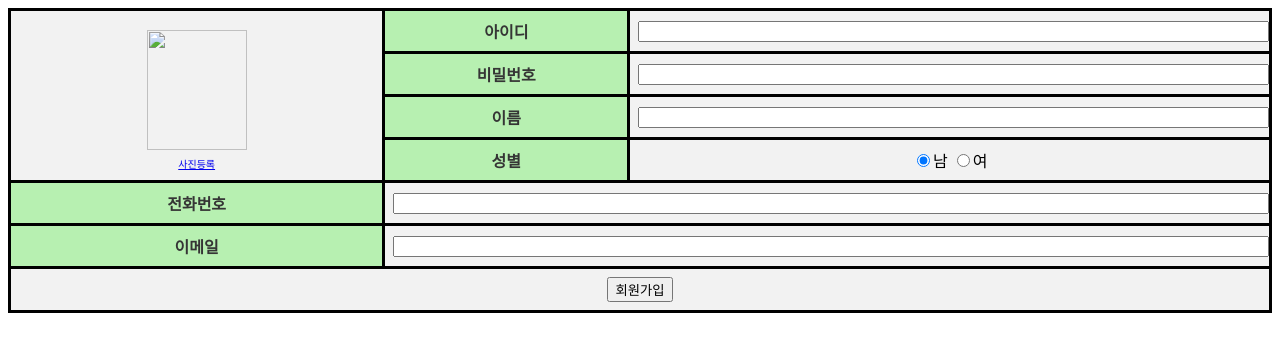
Repository: LucestDail/jdbcWorkspace
Page: http://localhost/jdbcProject/model1/member/joinForm.jsp
These files come from the project's save history. The page is drawn as it stood at one moment and after the next save; the edit follows.
The browser window is 1280 px wide. The pictures show the whole page.
The page is served by Tomcat 9. Other server files are loaded and not shown.

Above is the page before, as saved 2020-11-18 04:33:40.
Console error: SyntaxError: Unexpected string

### jdbcProject/WebContent/model1/member/joinForm.jsp
<%@ page language="java" contentType="text/html; charset=EUC-KR"
    pageEncoding="EUC-KR"%>
<!DOCTYPE html>
<html>
<head>
<meta charset="EUC-KR">
<title>Insert title here</title>
<link rel = "stylesheet" href = "../../css/main.css">
<script type="text/javascript">
	function win_upload(){
		var op "width = 500, height = 150, left = 50, top = 150";
		open("pictureForm.jsp","",op);
	}

</script>
</head>
<body>
<form action="join.jsp" name = "f" method="post">
	<input type = "hidden" name="picture" value ="">
	<table>
		<tr>
			<td rowspan = "4" valign = "bottom">
				<img src = "" width="100" height="120" id="picture"><br>
				<font size="1"><a href = "javascript:win_upload()">사진등록</a></font>
			</td><th>아이디</th><td><input type = "text" name = "id"></td></tr>
			<tr><th>비밀번호</th><td><input type = "password" name = "pass"></td></tr>
			<tr><th>이름</th><td><input type = "text" name = "name"></td></tr>
			<tr><th>성별</th>
				<td><input type = "radio" name = "gender" value = "1" checked>남
					<input type = "radio" name = "gender" value = "2">여</td></tr>
			<tr><th>전화번호</th><td colspan="2"><input type = "text" name = "tel"></td></tr>
			<tr><th>이메일</th><td colspan="2"><input type = "text" name = "email"></td></tr>
			<tr><td colspan = "3"><input type = "submit" value = "회원가입"></td></tr>
	</table>
</form>
</body>
</html>

### jdbcProject/WebContent/css/main.css
@charset "EUC-KR";
table{
	width:100%;
	border-collapse: collapse;
}

th,td{
	border: 3px solid black;
	text-align:center;
	padding: 8px;
}
th{
	background-color: #b7f0b1;
	color: #353535;'
}
td{
	background-color:#f2f2f2;
}
caption{
	color:#111111;
	font-size: 20px;
	background-color: #ffffff;
}
input[type=text], input[type=password]{
	width: 100%;
}
textarea {
	width: 100%;
	height: 200px;
	padding: 10px;
	box-sizing: border-box;
	border: solid 2px #1E90FF;
	border-radius: 5px;
	font-size: 16px;
	resize: both;
}

After the next save:
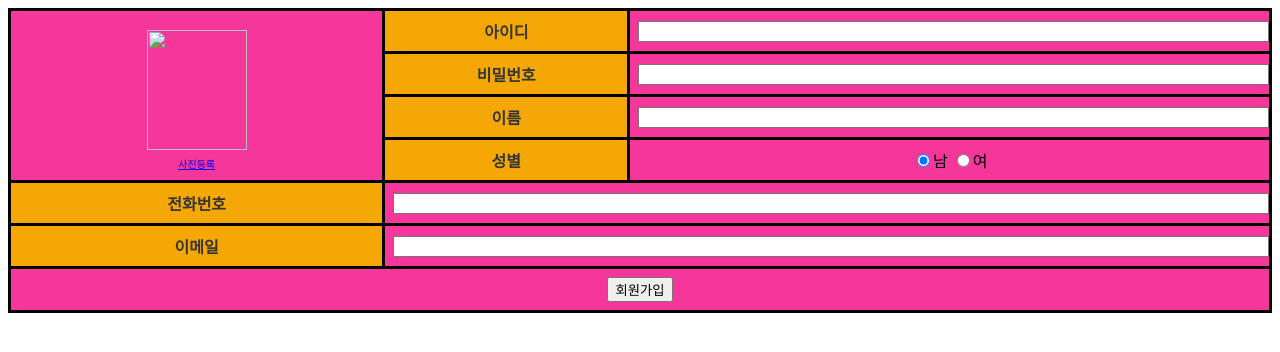
Saved 2 min 13 s later.
--- a/jdbcProject/WebContent/css/main.css
+++ b/jdbcProject/WebContent/css/main.css
@@ -10,11 +10,11 @@ th,td{
 	padding: 8px;
 }
 th{
-	background-color: #b7f0b1;
+	background-color: #F5A805;
 	color: #353535;'
 }
 td{
-	background-color:#f2f2f2;
+	background-color:#F5369B;
 }
 caption{
 	color:#111111;
